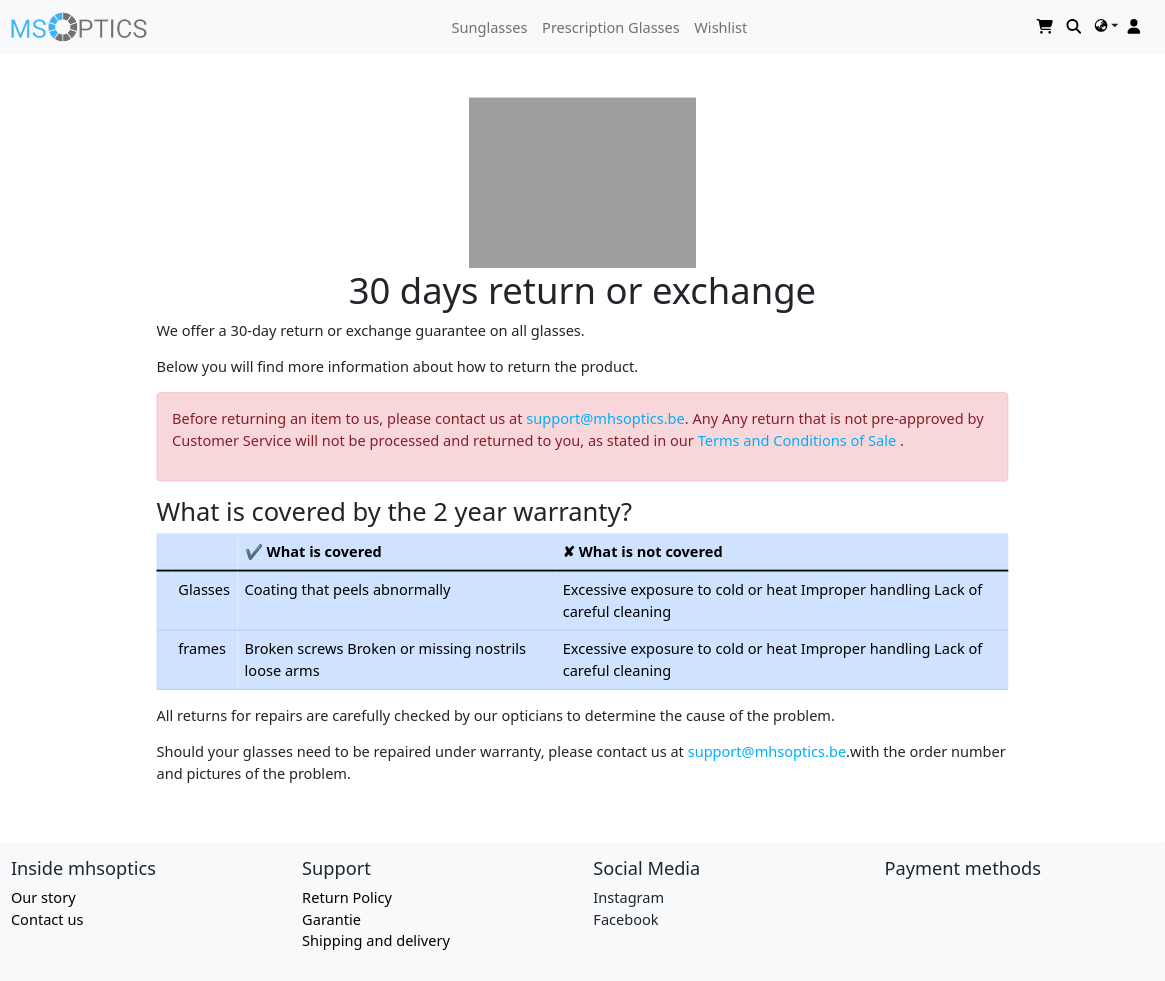
Repository: SaudCh/MERN-msOptics
Page: /returns (app in client/)
These files come from the project's save history. The page is drawn as it stood at one moment and after the next save; the edit follows.
The browser window is 1280 px wide. The pictures show the whole page, at 91% of full size.
The page's requests for data from a server got no answer. The project was rebuilt for these pictures with package versions that can differ from the ones it lists, and the page was loaded fresh each time. No one was signed in, and anything a server would have sent is missing. Also part of the build but not shown: client/src/Routes/AuthRoute.js, client/src/Components/css/header.css, client/src/Routes/SideBarLayout.js, client/src/Routes/ProtectedRoute.js.

Above is the page before, as saved 2022-08-20 16:51:35.

After the next save:
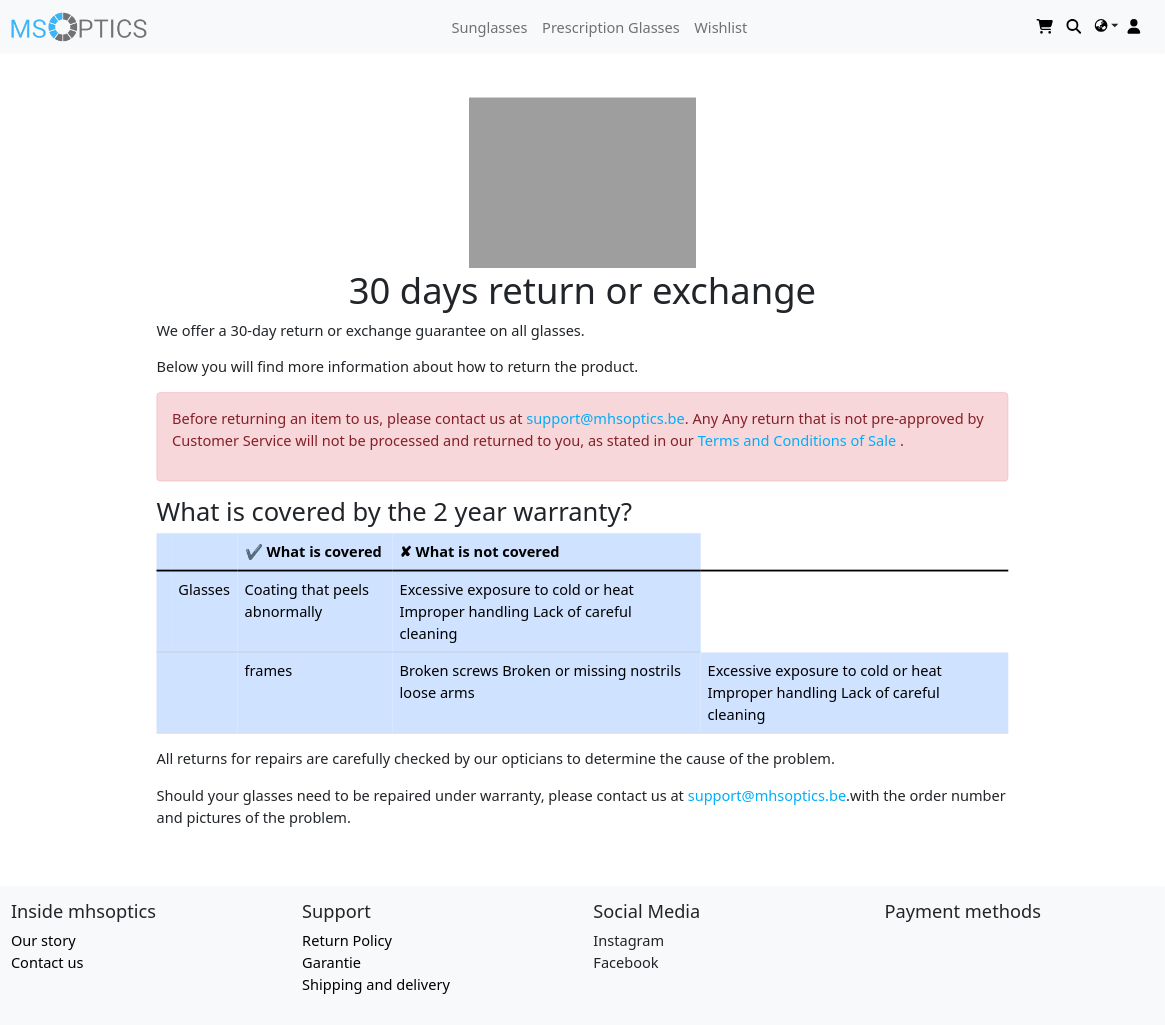
Saved 11 s later.
--- a/client/src/Pages/Support/Return.jsx
+++ b/client/src/Pages/Support/Return.jsx
@@ -52,7 +52,7 @@ export default function Return() {
                   <td>{t("uncovered_glasses")}</td>
                 </tr>
                 <tr class="table100-head">
-                  <td></td>
+                  <td colSpan={2}></td>
                   <td>{t("frames")}</td>
                   <td>{t("covered_frames")}</td>
                   <td>{t("uncovered_frames")}</td>
